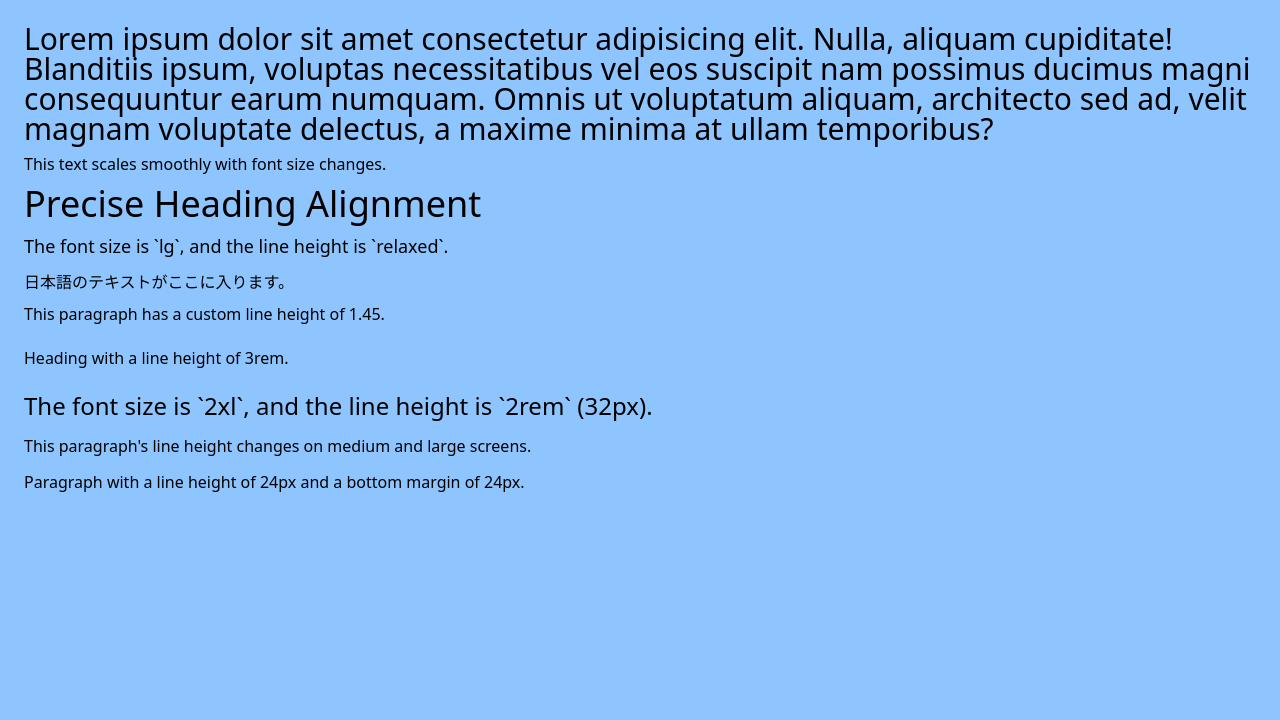
Repository: DinTri/TailwindCss
Page: index.html
An editor plug-in stored every save of this project. The page is shown before and after the next save, followed by the edit.
The browser window is 1280 px wide. The pictures show the whole page.
Some web fonts or font styles are not loaded; a fallback is used.

Above is the page before, as saved 2025-06-09 13:43:43.

After the next save:
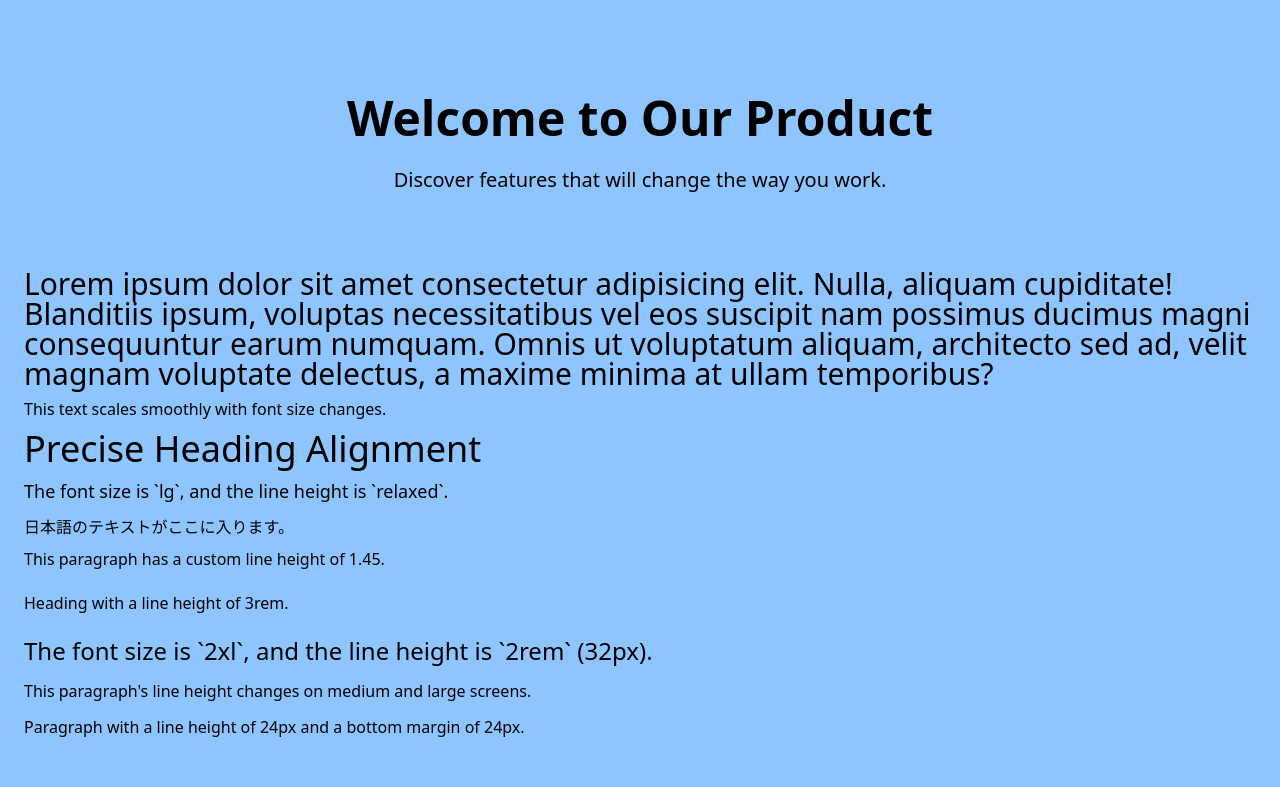
Saved 2 min 0 s later.
--- a/index.html
+++ b/index.html
@@ -11,6 +11,14 @@
     </head>
   <body class="bg-blue-300">
     <div class="m-2 p-4 space-y-2">
+      <section class="text-center py-16">
+  <h1 class="text-5xl leading-tight font-bold">
+    Welcome to Our Product
+  </h1>
+  <p class="text-xl leading-relaxed mt-4">
+    Discover features that will change the way you work.
+  </p>
+</section>
     <p class="text-3xl leading-none">Lorem ipsum dolor sit amet consectetur adipisicing elit. Nulla, aliquam cupiditate! Blanditiis ipsum, voluptas necessitatibus vel eos suscipit nam possimus ducimus magni consequuntur earum numquam. Omnis ut voluptatum aliquam, architecto sed ad, velit magnam voluptate delectus, a maxime minima at ullam temporibus?</p>
     <p class="text-base leading-normal">
   This text scales smoothly with font size changes.
